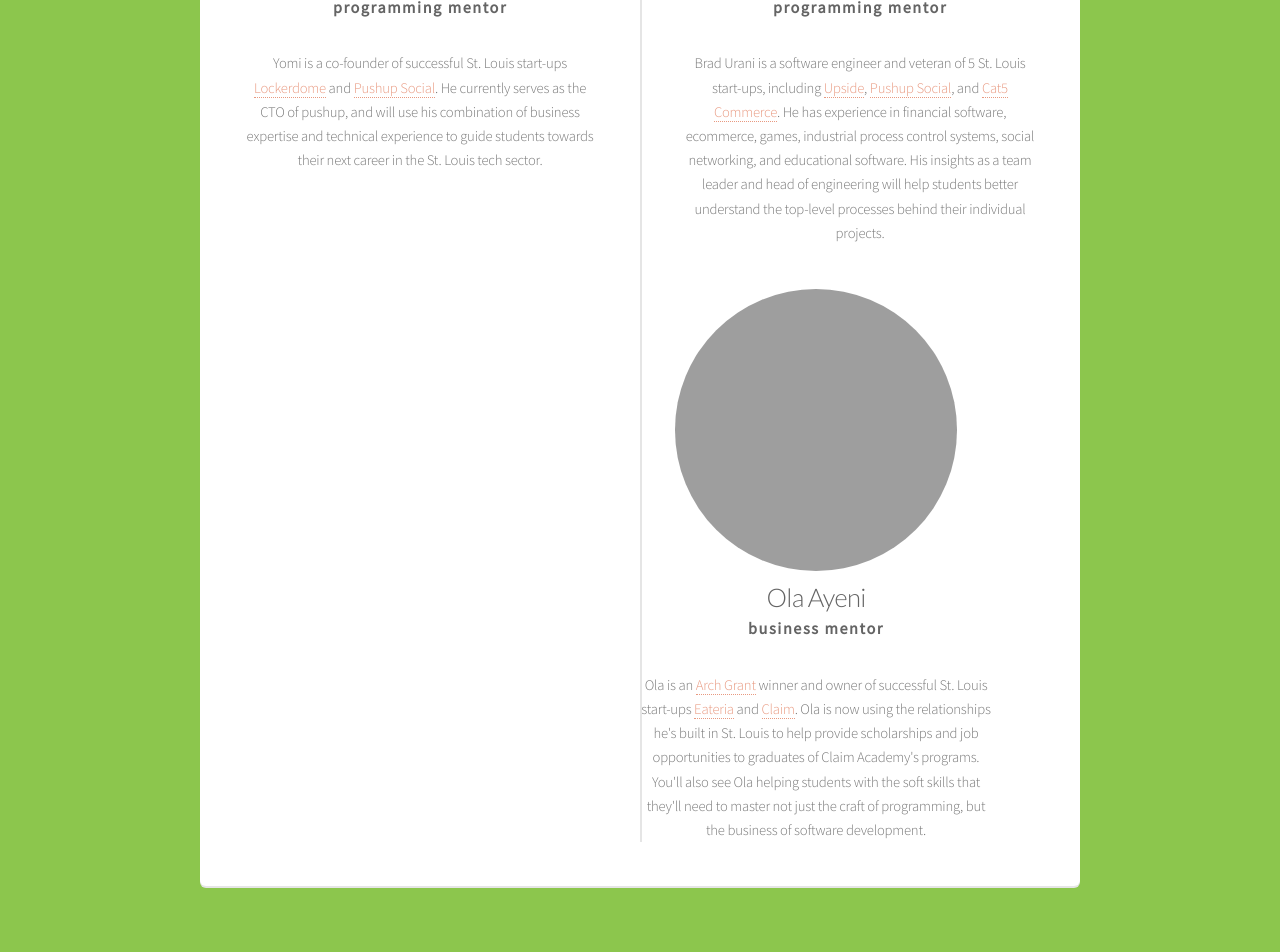
Repository: Kemo92/ClaimAcademy
Page: teachers.html
The author's editor kept a record of every edit. The page is drawn from the files as they stood at one moment, then again after the next edit.
The browser window is 1280 px wide. The pictures show the part of the page from y = 3453 to 4405 px (the page is 4980 px tall before and 4388 px after).
Pictures or frames that could not be fetched are drawn as grey boxes.

Above is the page before.

After the next edit:
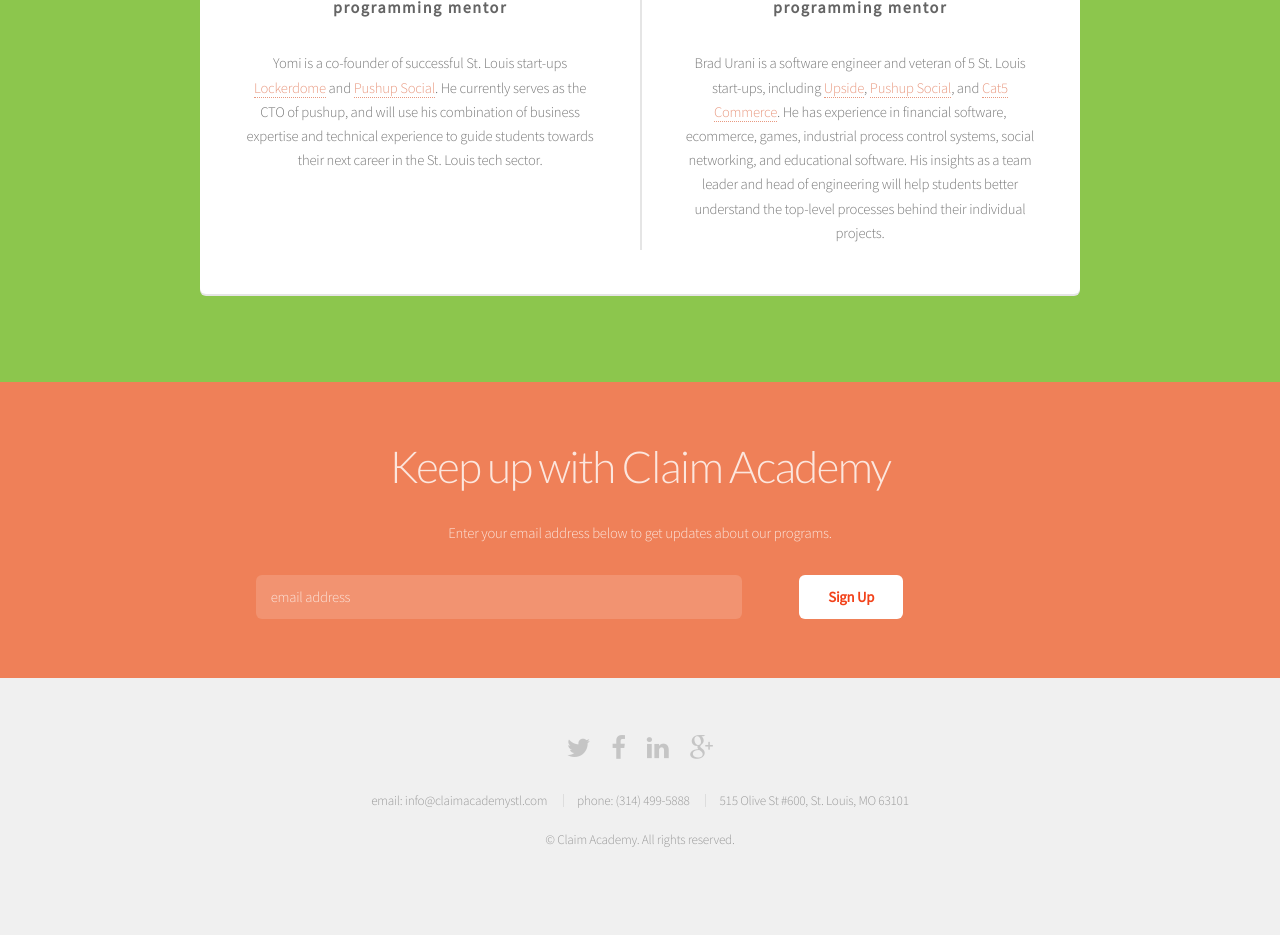
The edit:
--- a/teachers.html
+++ b/teachers.html
@@ -130,13 +130,14 @@
 						<h4 id="teacherrole">programming mentor</h4>
 						<p>Brad Urani is a software engineer and veteran of 5 St. Louis start-ups, including <a href="https://www.upsideadvisor.com/">Upside</a>, <a href="https://pushup.com/">Pushup Social</a>, and <a href="http://cat5.com/">Cat5 Commerce</a>. He has experience in financial software, ecommerce, games, industrial process control systems, social networking, and educational software. His insights as a team leader and head of engineering will help students better understand the top-level processes behind their individual projects.</p>
 					</section>
-					<section>
-						<span class="image circle ola"></span>
-						<h3 id="teachername">Ola Ayeni</h3>
-						<h4 id="teacherrole">business mentor</h4>
-						<p>Ola is an <a href="http://archgrants.org/the-startups/">Arch Grant</a> winner and owner of successful St. Louis start-ups <a href="http://myeateria.com">Eateria</a> and <a href="http://workatclaim.com">Claim</a>. Ola is now using the relationships he's built in St. Louis to help provide scholarships and job opportunities to graduates of Claim Academy's programs. You'll also see Ola helping students with the soft skills that they'll need to master not just the craft of programming, but the business of software development.</p>
-					</section>
-				</div>
+				</div>
+				<!--	<section>-->
+				<!--		<span class="image circle ola"></span>-->
+				<!--		<h3 id="teachername">Ola Ayeni</h3>-->
+				<!--		<h4 id="teacherrole">business mentor</h4>-->
+				<!--		<p>Ola is an <a href="http://archgrants.org/the-startups/">Arch Grant</a> winner and owner of successful St. Louis start-ups <a href="http://myeateria.com">Eateria</a> and <a href="http://workatclaim.com">Claim</a>. Ola is now using the relationships he's built in St. Louis to help provide scholarships and job opportunities to graduates of Claim Academy's programs. You'll also see Ola helping students with the soft skills that they'll need to master not just the craft of programming, but the business of software development.</p>-->
+				<!--	</section>-->
+				<!--</div>-->
 			<!--</div>-->
 		</section>
 	</section>
